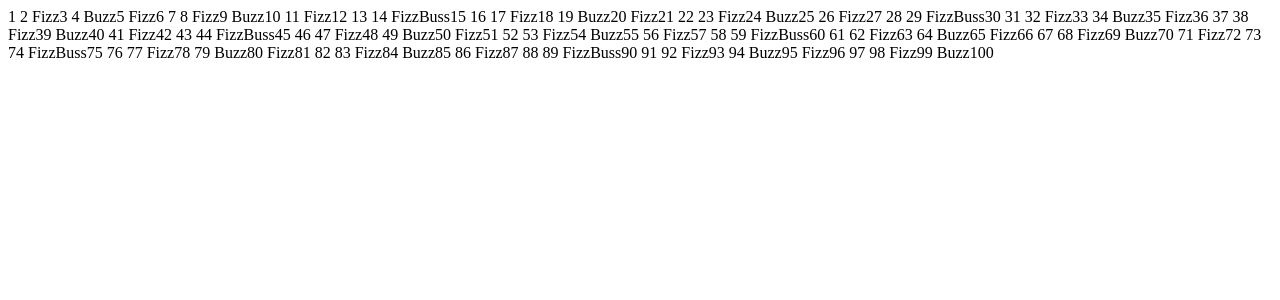
Repository: kaho2580/test
Page: http://localhost/FizzBuzz.php
The author's editor kept a record of every edit. The page is drawn from the files as they stood at one moment, then again after the next edit.
The browser window is 1280 px wide. The pictures show the whole page.
The page is run by PHP 8.4 with error messages shown; the project is at /var/www/html/.

Above is the page before.

After the next edit:
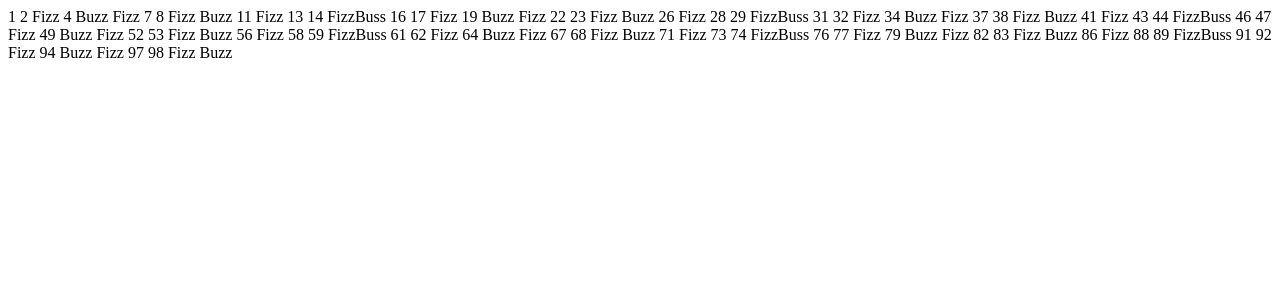
The edit:
--- a/FizzBuzz.php
+++ b/FizzBuzz.php
@@ -8,7 +8,8 @@
         echo "Fizz";
     }elseif($i%5===0){
         echo "Buzz";
+    }else{
+    echo $i;
     }
-    echo $i;
     echo PHP_EOL;
 }
